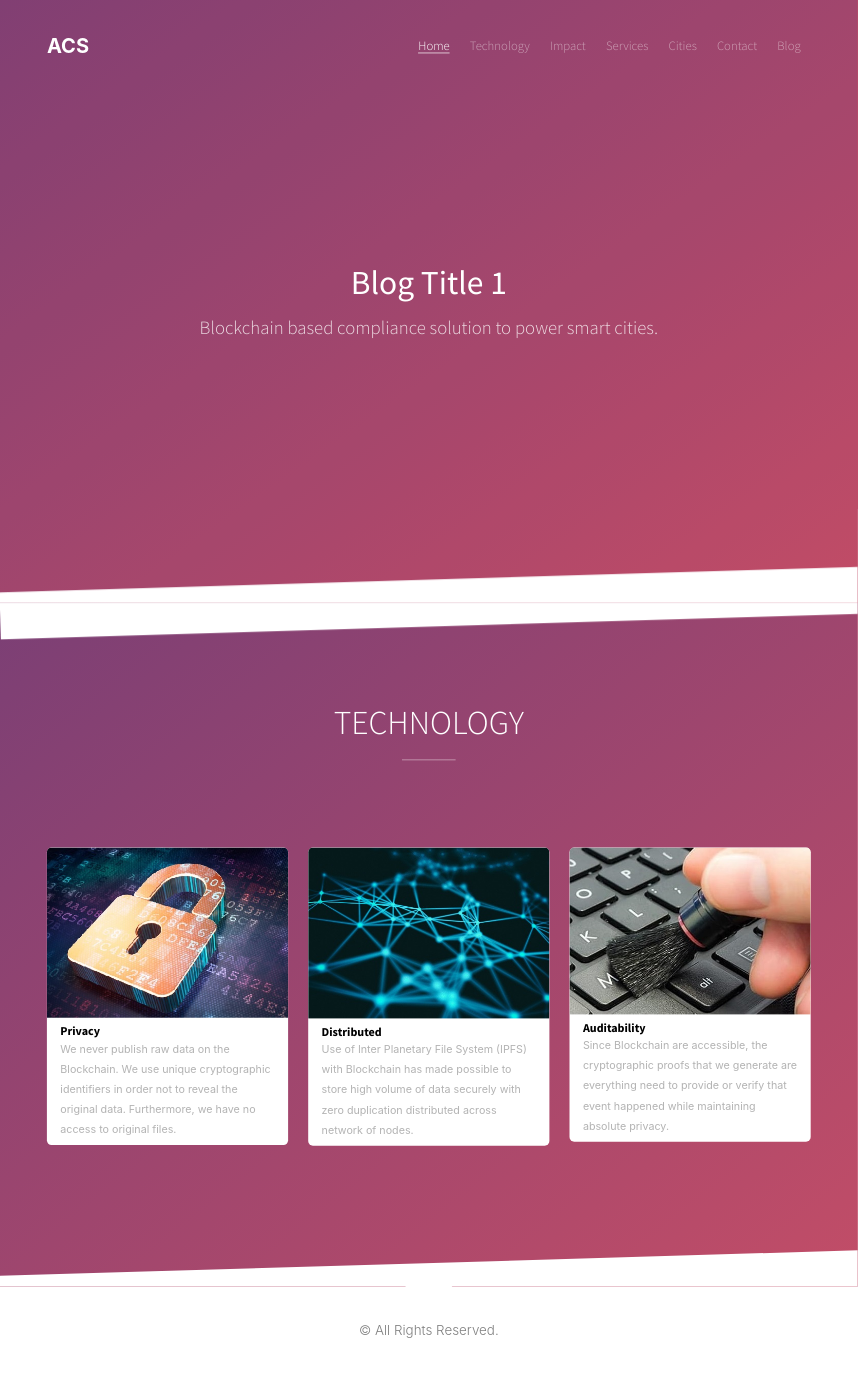
Repository: agarwalrahul-22/acs
Page: /blog
An editor plug-in stored every save of this project. The page is shown before and after the next save, followed by the edit.
The browser window is 1280 px wide. The pictures show the whole page, at 67% of full size.
Some web fonts or font styles are not loaded; a fallback is used. The project was rebuilt for these pictures with package versions that can differ from the ones it lists, and the page was loaded fresh each time. Also part of the build but not shown: src/components/main/LandingComponent.js, src/components/main/TechComponent.js, src/components/main/ImpactComponent.js, src/components/main/ServicesComponent.js, src/components/main/CitiesComponent.js, src/components/MainComponent.js.

Above is the page before, as saved 2022-10-10 21:55:36.

After the next save:
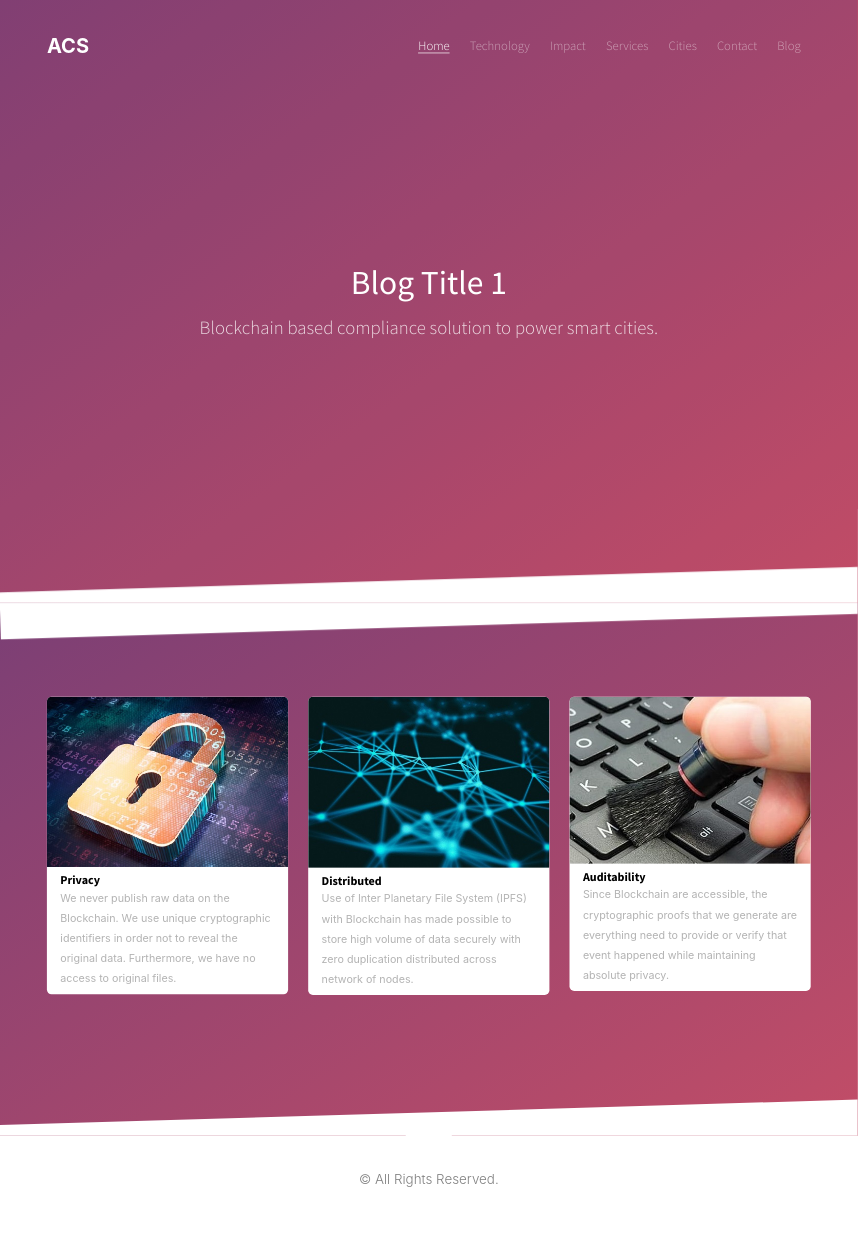
Saved 25 s later.
--- a/src/components/BlogComponent.js
+++ b/src/components/BlogComponent.js
@@ -32,11 +32,11 @@ function BlogComponent() {
       </section>
       <section id="fh5co-work" data-section="three">
         <div className="container">
-          <div className="row">
+          {/* <div className="row">
             <div className="col-md-12 section-heading text-center">
               <h2 className="to-animate">Technology</h2>
             </div>
-          </div>
+          </div> */}
           <div className="row row-bottom-padded-sm">
             <div className="col-md-4 col-sm-6 col-xxs-12">
               <a
